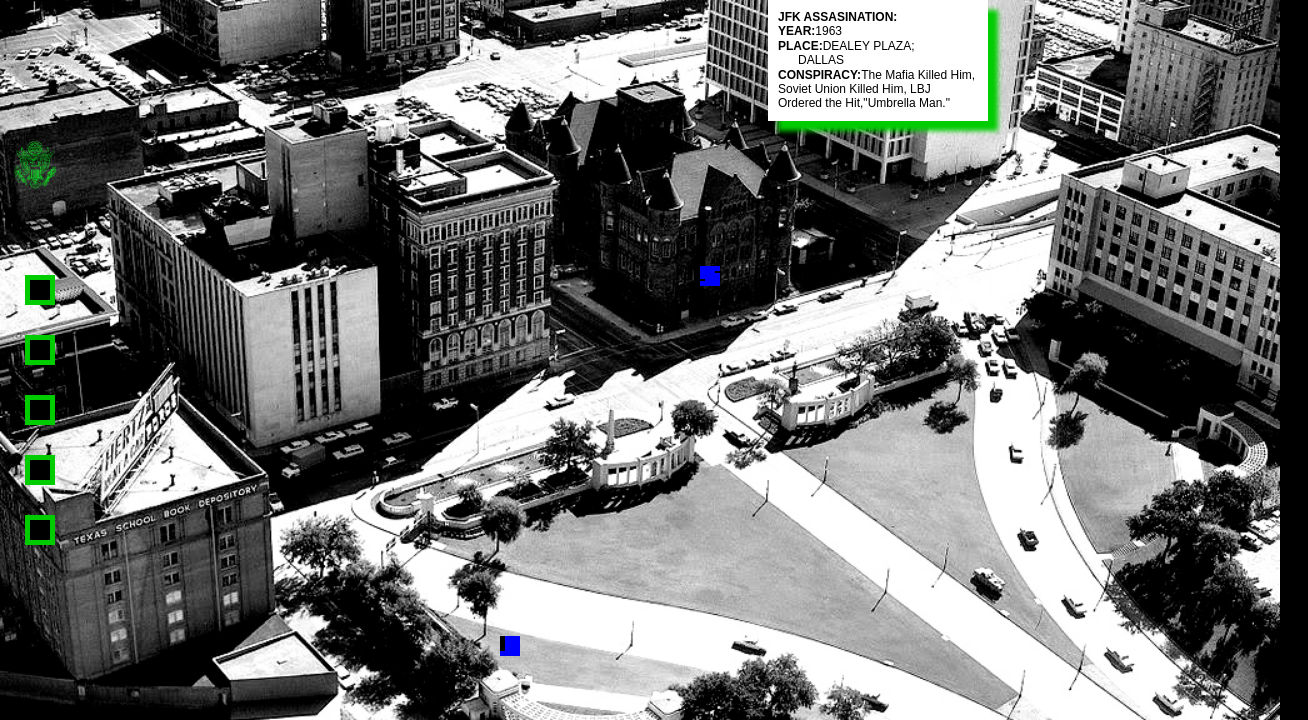
Repository: bradk647/bradk647.github.io
Page: TypeWeb/Jfk/jfk.html
The author's editor kept a record of every edit. The page is drawn from the files as they stood at one moment, then again after the next edit.
The browser window is 1280 px wide. The page is 1280 px wide, then 1308 px, so the pictures cover 1308 px, including what lies to the right of the window. The pictures show the whole page.
Some web fonts or font styles are not loaded; a fallback is used.

Above is the page before.

### TypeWeb/Jfk/jfk.html
<html>
<head>
    <title>JFK</title>
    <link href='jfk.css' rel='stylesheet'>
    <link href='menutype.1.css' rel='stylesheet'>
    <link href='../911/911blocks.css' rel='stylesheet'>
    <link href='http://fonts.googleapis.com/css?family=Lekton:400,700,400italic' rel='stylesheet' type='text/css'>
    <link rel="icon" href="../black.png" sizes="16x16 32x32" type="image/png">
<body>
    <div class="infobox"><strong>JFK ASSASINATION:</strong><br/>
    <strong>YEAR:</strong>1963<br />
   <strong>PLACE:</strong>DEALEY PLAZA;<br />&nbsp &nbsp &nbsp DALLAS
   <br /><strong>CONSPIRACY:</strong>The Mafia Killed Him, Soviet Union Killed Him, LBJ Ordered the Hit,"Umbrella Man."
    </div>

    <a href="../Home/typeface.html"><img src="../Home/seal.png" id="seal" height="90" width="90"></a>
    <div class="menu">
        <a href="../Jfk/jfk.html">
            <div class="tile1"></div>
            <div class="d-wrapper">
                <div class="letterdblock"></div>
            <div class="whiteblock1d"></div>
    </div>
    <a href="../911/911new.html">
            <div class="tile2"></div>
            <div class="nine-wrapper">
        <div class="number9block"></div>
        <div class="whiteblock9-1"></div>
        <div class="whiteblock9-2"></div>
    </div></a>
         <a href="../Area51/area51.html">
            <div class="tile3"></div>
            <div class="a-wrapper">
        <div class="letterablock"></div>
            <div class="whiteblock1a"></div>
            <div class="whiteblock2a"></div>
         </div></a>
    <a href="../Pent/pentagon.html">
            <div class="tile4"></div>
            <div class="p-wrapper">
        <div class="letterpblock"></div>
        <div class="whiteblock1p"></div>
        <div class="whiteblock2p"></div>
        </div>
        </a>
            <a href="../Moon/moon.html"><div class="tile5"></div>
            <div class="m-wrapper">
        <div class="lettermblock"></div>
        <div class="whiteblock1m"></div>
        <div class="whiteblock2m"></div>
        <div class="whiteblock3m"></div>
    </div></a>
       </div>

    <a href="http://www.indyweek.com/imager/b/magnum/3192029/8507/lho-mug.jpg" onclick="return popitup('http://www.indyweek.com/imager/b/magnum/3192029/8507/lho-mug.jpg')"
	> <div class="l-wrapper2">
        <div class="letterlblock2" id="firstblock"></div>
            <div class="whiteblock1l2"></div>
            <div class="whiteblock2l2"></div>
    </div></a>

    <a href="http://indoo.jw.lt/Animasi/Alam/Cuaca/umbrella_wapday-com.gif" onclick="return popitup('http://indoo.jw.lt/Animasi/Alam/Cuaca/umbrella_wapday-com.gif')"
	> <div class="u-wrapper3">
        <div class="letterublock3" id="firstblock1"></div>
            <div class="whiteblock1u3"></div>

    </div></a>

    <a href="http://www.jfklancer.com/Ford-Rankin.html" onclick="return popitup('http://www.jfklancer.com/Ford-Rankin.html')"
	> <div class="s-wrapper1">
        <div class="lettersblock1" id="firstblock1"></div>
            <div class="whiteblock1s1"></div>
            <div class="whiteblock2s1"></div>
    </div></a>

    <a href="http://www.washingtonpost.com/opinions/meet-the-respectable-jfk-conspiracy-theorists/2014/09/19/b5eb28e0-3deb-11e4-b03f-de718edeb92f_story.html" onclick="return popitup('http://www.indyweek.com/imager/b/magnum/3192029/8507/lho-mug.jpg')"
	> <div class="r-wrapper2">
        <div class="letterrblock2" id="firstblock"></div>
            <div class="whiteblock1r2"></div>
            <div class="whiteblock2r2"></div>
            <div class="whiteblock3r2"></div>
    </div></a>

    <a href="http://www.history.com/this-day-in-history/john-f-kennedy-assassinated" onclick="return popitup('http://indoo.jw.lt/Animasi/Alam/Cuaca/umbrella_wapday-com.gif')"
	> <div class="h-wrapper3">
        <div class="letterhblock3" id="firstblock1"></div>
            <div class="whiteblock1h3"></div>

    </div></a>

    <a href="http://www.jfklibrary.org/JFK/JFK-in-History/November-22-1963-Death-of-the-President.aspx" onclick="return popitup('http://www.jfklancer.com/Ford-Rankin.html')"
	> <div class="j-wrapper1">
        <div class="letterjblock1" id="firstblock1"></div>
            <div class="whiteblock1j1"></div>
    </div></a>

    <a href="http://www.jfklancer.com/Ford-Rankin.html" onclick="return popitup('http://www.jfklancer.com/Ford-Rankin.html')"
	> <div class="s-wrapper1">
        <div class="lettersblock1" id="firstblock1"></div>
            <div class="whiteblock1s1"></div>
            <div class="whiteblock2s1"></div>
    </div></a>

    <a href="http://americanfreepress.net/?p=14249" onclick="return popitup('http://www.indyweek.com/imager/b/magnum/3192029/8507/lho-mug.jpg')"
	> <div class="i-wrapper2">
        <div class="letteriblock2" id="firstblock"></div>
            <div class="whiteblock1i2"></div>
            <div class="whiteblock2i2"></div>
    </div></a>

    <a href="http://www.bostonglobe.com/metro/2013/11/24/his-brother-keeper-robert-kennedy-saw-conspiracy-jfk-assassination/TmZ0nfKsB34p69LWUBgsEJ/story.html" onclick="return popitup('http://indoo.jw.lt/Animasi/Alam/Cuaca/umbrella_wapday-com.gif')"
	> <div class="r-wrapper3">
        <div class="letterrblock3" id="firstblock1"></div>
            <div class="whiteblock1r5"></div>
            <div class="whiteblock2r5"></div>
            <div class="whiteblock3r5"></div>

    </div></a>

    <a href="http://www.slate.com/articles/news_and_politics/history/2013/11/john_f_kennedy_conspiracy_theories_debunked_why_the_magic_bullet_and_grassy.html" onclick="return popitup('http://www.jfklancer.com/Ford-Rankin.html')"
	> <div class="s-wrapper1">
        <div class="lettersblock4" id="firstblock1"></div>
            <div class="whiteblock1s4"></div>
    </div></a>




</body>
  <script language="javascript" type="text/javascript">

function popitup(url) {
	newwindow=window.open(url,'name','height=350,width=300');
	if (window.focus) {newwindow.focus()}
	return false;
}

function popitup(url) {
	newwindow=window.open(url,'name','height=300,width=250');
	if (window.focus) {newwindow.focus()}
	return false;
}

function popitup(url) {
	newwindow=window.open(url,'name','height=300,width=250');
	if (window.focus) {newwindow.focus()}
	return false;
}

function popitup(url) {
	newwindow=window.open(url,'name','height=350,width=300');
	if (window.focus) {newwindow.focus()}
	return false;
}

function popitup(url) {
	newwindow=window.open(url,'name','height=300,width=250');
	if (window.focus) {newwindow.focus()}
	return false;
}

function popitup(url) {
	newwindow=window.open(url,'name','height=300,width=250');
	if (window.focus) {newwindow.focus()}
	return false;
}


</script>
</html>

### TypeWeb/Jfk/jfk.css
body {
  background-color:black;
  left: 0;
  margin: 0;
  overflow: hidden;
  position: relative;
  background-image: url('jfknew.jpg');
  height: 100%;
  -webkit-background-size: cover;
     -moz-background-size: cover;
       -o-background-size: cover;
          background-size: cover;

}

.infobox{
    width: 200px;
    font-family:'Lekton',sans-serif;
    font-size:12px;
    line-height:1.2em;
    padding: 10px;
    background-color:white;
    -webkit-box-shadow: 10px 10px 5px 0px rgba(0,204,0,1);
-moz-box-shadow: 10px 10px 5px 0px rgba(0,204,0,1);
box-shadow: 10px 10px 5px 0px rgba(0,204,0,1);
margin-left:60%;
}

.menu {
    position: relative;
  top: 20%;
  transform: translateY(-50%);
}

#seal {
    margin-left:-10px;
    margin-top:5px;
}
.tile1 {
    width:30px;
    height:30px;
    background:#00CC00;
    margin-left:25px;
    margin-top:50px;

}

.tile2 {
    width:30px;
    height:30px;
    background:#00CC00;
    margin-left:25px;
    margin-top:30px;
}

.tile3 {
    width:30px;
    height:30px;
    background:#00CC00;
    margin-left:25px;
    margin-top:30px;

}


.tile4 {
    width:30px;
    height:30px;
    background:#00CC00;
    margin-left:25px;
    margin-top:30px;
}


.tile5 {
    width:30px;
    height:30px;
    background:#00CC00;
    margin-left:25px;
    margin-top:30px;
}

### TypeWeb/Jfk/menutype.1.css
.a-wrapper {
    position:relative;
    display:inline-block;
    margin-top:-25px;
    margin-left:30;
}

.letterablock {
    width:20px;
    height:20px;
    background-color:#000;
    position:absolute;

}

.whiteblock1a {
    width:10px;
    height:2px;
    background-color: #000;
    position:absolute;
    top: 5px;
    left: 5px;

}
.whiteblock2a {
    width:10px;
    height:6px;
    background-color:#000;
    position:absolute;
    bottom: -20px;
    left: 5px;
}

.a-wrapper:hover .whiteblock1a {
    background-color: #00CC00;
}

.a-wrapper:hover .whiteblock2a {
    background-color: #00CC00;
}



.d-wrapper {
    position:relative;
    display:inline-block;
    margin-left:30px;
    margin-top:-25px;
}

.letterdblock {
    width:20px;
    height:20px;
    background-color:#000;
    position:absolute;
}

.whiteblock1d {
    width:11px;
    height:10px;
    background-color:#000;
    position:absolute;
    top:5px;
    left:6px;
}

.d-wrapper:hover .whiteblock1d {
    background: #00CC00
}



.m-wrapper {
    position:relative;
    display:inline-block;
    margin-top:-25px;
    margin-left:30px;
}

.lettermblock {
    width:20px;
    height:20px;
    background-color:#000;
    position:absolute;
}

.whiteblock1m {
    width:10px;
    height:5px;
    background-color:#000;
    position:absolute;
    top:0px;
    left:5px;
}

.whiteblock2m {
    width:2px;
    height:5px;
    background-color:#000;
    position:absolute;
    top:15px;
    left:5px;
}

.whiteblock3m {
    width:2px;
    height:5px;
    background-color:#000;
    position:absolute;
    top:15px;
    left:13px;
}

.m-wrapper:hover .whiteblock1m {
    background-color: #00CC00;
}

.m-wrapper:hover .whiteblock2m {
    background-color: #00CC00;
}

.m-wrapper:hover .whiteblock3m {
    background-color: #00CC00;
}


.p-wrapper {
    position:relative;
    display:inline-block;
    margin-top:-25px;
    margin-left:30px;
}

.letterpblock {
    width:20px;
    height:20px;
    background-color:#000;
    position:absolute;
}

.whiteblock1p {
    width:10px;
    height:2px;
    background-color:#000;
    position:absolute;
    top:5px;
    left:5px;
}

.whiteblock2p {
    width:15px;
    height:5px;
    background-color:#000;
    position:absolute;
    top:15px;
    left:5px;
}

.p-wrapper:hover .whiteblock1p {
    background-color: #00CC00;
}

.p-wrapper:hover .whiteblock2p {
    background-color: #00CC00;
}


.nine-wrapper {
    position:relative;
    display:inline-block;
    margin-top:-25px;
    margin-left:30px;
}

.number9block {
    width:20px;
    height:20px;
    background-color:#000;
    position:absolute;
}
.whiteblock9-1 {
    width:10px;
    height:2px;
    background-color:#000;
    position:absolute;
    top:5px;
    left:5px;
}

.whiteblock9-2 {
    width:15px;
    height:5px;
    background-color:#000;
    position:absolute;
    top:15px;
    left:0px;
}

.nine-wrapper:hover .whiteblock9-1 {
    background-color: #00CC00;
}
.nine-wrapper:hover .whiteblock9-2 {
    background-color: #00CC00;
}

### TypeWeb/911/911blocks.css
.a-wrapper1 {
    position:absolute;
    margin-left:100px;
    margin-top:-400px;
}

.letterablock1 {
    width:20px;
    height:20px;
    background-color:#000;
    position:absolute;

}

.whiteblock1a1 {
    width:10px;
    height:2px;
    background-color: #000;
    position:absolute;
    top: 5px;
    left: 5px;

}
.whiteblock2a1 {
    width:10px;
    height:6px;
    background-color:#000;
    position:absolute;
    bottom: -20px;
    left: 5px;
}

.a-wrapper1:hover .whiteblock1a1 {
    background-color: #00CC00;
}

.a-wrapper1:hover .whiteblock2a1 {
    background-color: #00CC00;
}

.b-wrapper1 {
    position:absolute;
    margin-left:300px;
    margin-top:-300px;
}

.letterbblock1 {
    width:20px;
    height:20px;
    background-color:#000;
    position:absolute;

}

.whiteblock1b1 {
    width:10px;
    height:2px;
    background-color: #000;
    position:absolute;
    top: 5px;
    left: 5px;

}
.whiteblock2b1 {
    width:10px;
    height:2px;
    background-color: #000;
    position:absolute;
    bottom: -15px;
    left: 5px;
}

.b-wrapper1:hover .whiteblock1b1 {
    background-color: #00CC00;
}

.b-wrapper1:hover .whiteblock2b1 {
    background-color: #00CC00;
}

.c-wrapper1 {
    position:absolute;
    margin-left:700px;
    margin-top:-100px;
}

.lettercblock1 {
    width:20px;
    height:20px;
    background-color:#000;
    position:absolute;

}

.whiteblock1c1 {
    width:15px;
    height:9px;
    background-color:#000;
    position:absolute;
    top:5px;
    left:5px;
}

.c-wrapper1:hover .whiteblock1c1 {
    background: #fff
}

.i-wrapper1 {
    position:absolute;
    margin-left:500px;
    margin-top:-350px;
}

.letteriblock {
    width:20px;
    height:20px;
    background-color:blue;
    position:absolute;
}
.whiteblock1i1 {
    width:5px;
    height:10px;
    background-color:#000;
    position:absolute;
    top:5px;
    left:0px;
}
.whiteblock2i1 {
    width:5px;
    height:10px;
    background-color:#000;
    position:absolute;
    top:5px;
    right:-20px;
}

.i-wrapper1:hover .whiteblock1i1 {
    background-color: #fff;
}

.i-wrapper1:hover .whiteblock2i1 {
    background-color: #fff;
}

.j-wrapper1 {
    position:absolute;
    margin-left:500px;
    margin-top:100px;
}

.letterjblock1 {
    width:20px;
    height:20px;
    background-color:blue;
    position:absolute;
}

.whiteblock1j1 {
    width:5px;
    height:15px;
    background-color:#000;
    position:absolute;
    top:0px;
    left:0px;
}

.j-wrapper1:hover .whiteblock1j1 {
    background-color: #fff;
}

.n-wrapper1 {
    position:absolute;
    margin-left:550px;
    margin-top:-400px;
}

.letternblock1 {
    width:20px;
    height:20px;
    background-color:blue;
    position:absolute;
}

.whiteblock1n1 {
    width:10px;
    height:5px;
    background-color:#000;
    position:absolute;
    top:0px;
    left:5px;
}

.whiteblock2n1 {
    width:2px;
    height:5px;
    background-color:#000;
    position:absolute;
    top:15px;
    left:13px;
}

.n-wrapper1:hover .whiteblock1n1 {
    background-color: #fff;
}

.n-wrapper1:hover .whiteblock2n1 {
    background-color: #fff;
}

.n-wrapper2 {
    position:absolute;
    margin-left:850px;
    margin-top:-130px;
}

.letternblock2 {
    width:20px;
    height:20px;
    background-color:blue;
    position:absolute;
}

.whiteblock1n2 {
    width:10px;
    height:5px;
    background-color:#000;
    position:absolute;
    top:0px;
    left:5px;
}

.whiteblock2n2 {
    width:2px;
    height:5px;
    background-color:#000;
    position:absolute;
    top:15px;
    left:13px;
}

.n-wrapper2:hover .whiteblock1n2 {
    background-color: #fff;
}

.n-wrapper2:hover .whiteblock2n2 {
    background-color: #fff;
}
.w-wrapper1 {
    position:absolute;
    margin-left:200px;
    margin-top:-250px;
}

.letterwblock1 {
    width:20px;
    height:20px;
    background-color:blue;
    position:absolute;
}

.whiteblock1w1 {
    width:10px;
    height:5px;
    background-color:#000;
    position:absolute;
    top:15px;
    left:5px;
}

.whiteblock2w1 {
    width:2px;
    height:5px;
    background-color:#000;
    position:absolute;
    top:0px;
    left:5px;
}
.whiteblock3w1 {
    width:2px;
    height:5px;
    background-color:#000;
    position:absolute;
    top:0px;
    left:13px;
}

.w-wrapper1:hover .whiteblock1w1 {
    background-color: #fff;
}

.w-wrapper1:hover .whiteblock2w1 {
    background-color: #fff;
}
.w-wrapper1:hover .whiteblock3w1 {
    background-color: #fff;
}

.s-wrapper1 {
    position:absolute;
    margin-left:700px;
    margin-top:-270px;
}

.lettersblock1 {
    width:20px;
    height:20px;
    background-color:blue;
    position:absolute;
}

.whiteblock1s1 {
    width:5px;
    height:2px;
    background-color:#000;
    position:absolute;
    top:5px;
    left:15px;
}

.whiteblock2s1 {
    width:5px;
    height:2px;
    background-color:#000;
    position:absolute;
    top:13px;
    left:0px;
}

.s-wrapper1:hover .whiteblock1s1 {
    background-color: #fff;
}

.s-wrapper1:hover .whiteblock2s1 {
    background-color: #fff;
}

.nine-wrapper1 {
    position:absolute;
    margin-left:300px;
    margin-top:-200px;
}

.number9block1 {
    width:20px;
    height:20px;
    background-color:blue;
    position:absolute;
}
.whiteblock9-11 {
    width:10px;
    height:2px;
    background-color:#000;
    position:absolute;
    top:5px;
    left:5px;
}

.whiteblock9-21 {
    width:15px;
    height:5px;
    background-color:#000;
    position:absolute;
    top:15px;
    left:0px;
}

.nine-wrapper1:hover .whiteblock9-11 {
    background-color: #fff;
}
.nine-wrapper1:hover .whiteblock9-21 {
    background-color: #fff;
}

.nine-wrapper2 {
    position:relative;
    margin-left:400px;
    margin-top:-200px;
}

.number9block2 {
    width:20px;
    height:20px;
    background-color:blue;
    position:absolute;
}
.whiteblock9-12 {
    width:10px;
    height:2px;
    background-color:#000;
    position:absolute;
    top:5px;
    left:5px;
}

.whiteblock9-22 {
    width:15px;
    height:5px;
    background-color:#000;
    position:absolute;
    top:15px;
    left:0px;
}

.nine-wrapper2:hover .whiteblock9-12 {
    background-color: #fff;
}
.nine-wrapper2:hover .whiteblock9-22 {
    background-color: #fff;
}

After the next edit:
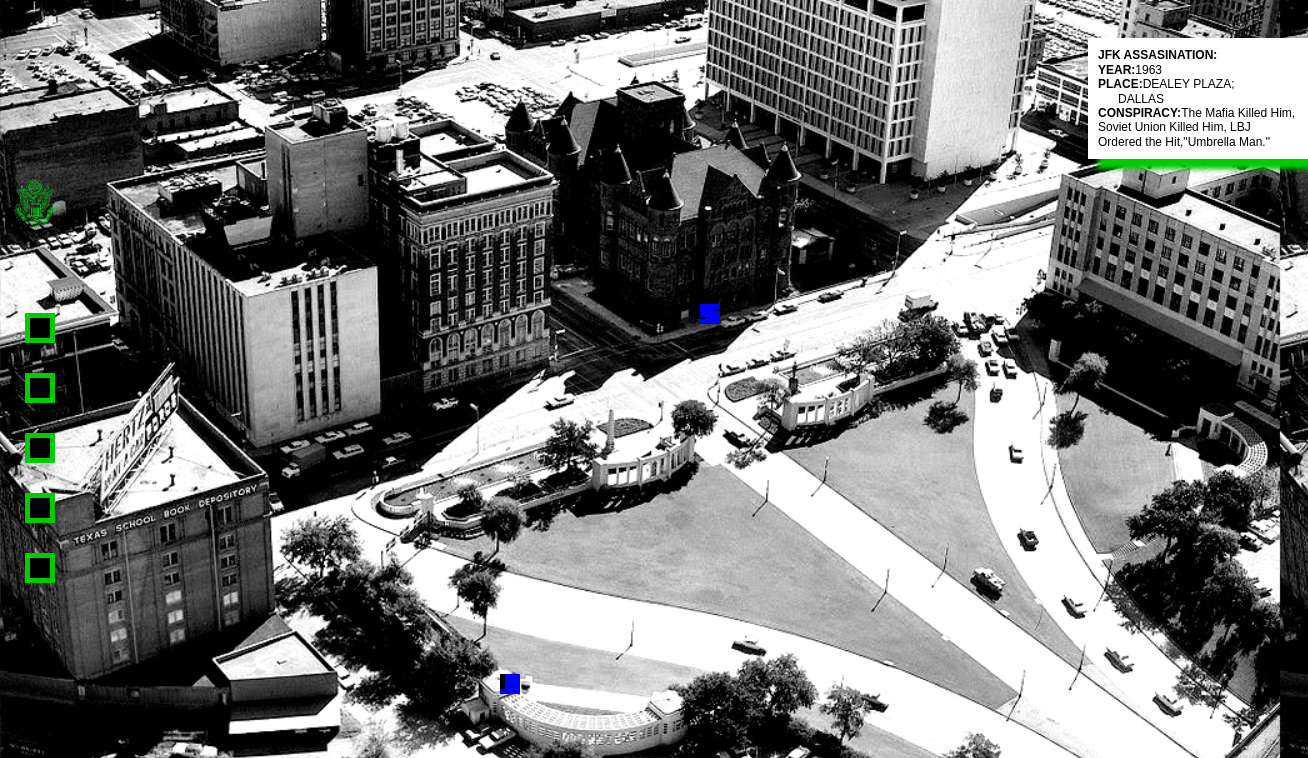
The edit:
--- a/TypeWeb/Jfk/jfk.css
+++ b/TypeWeb/Jfk/jfk.css
@@ -23,7 +23,8 @@
     -webkit-box-shadow: 10px 10px 5px 0px rgba(0,204,0,1);
 -moz-box-shadow: 10px 10px 5px 0px rgba(0,204,0,1);
 box-shadow: 10px 10px 5px 0px rgba(0,204,0,1);
-margin-left:60%;
+margin-left:85%;
+margin-top:3%;
 }
 
 .menu {
